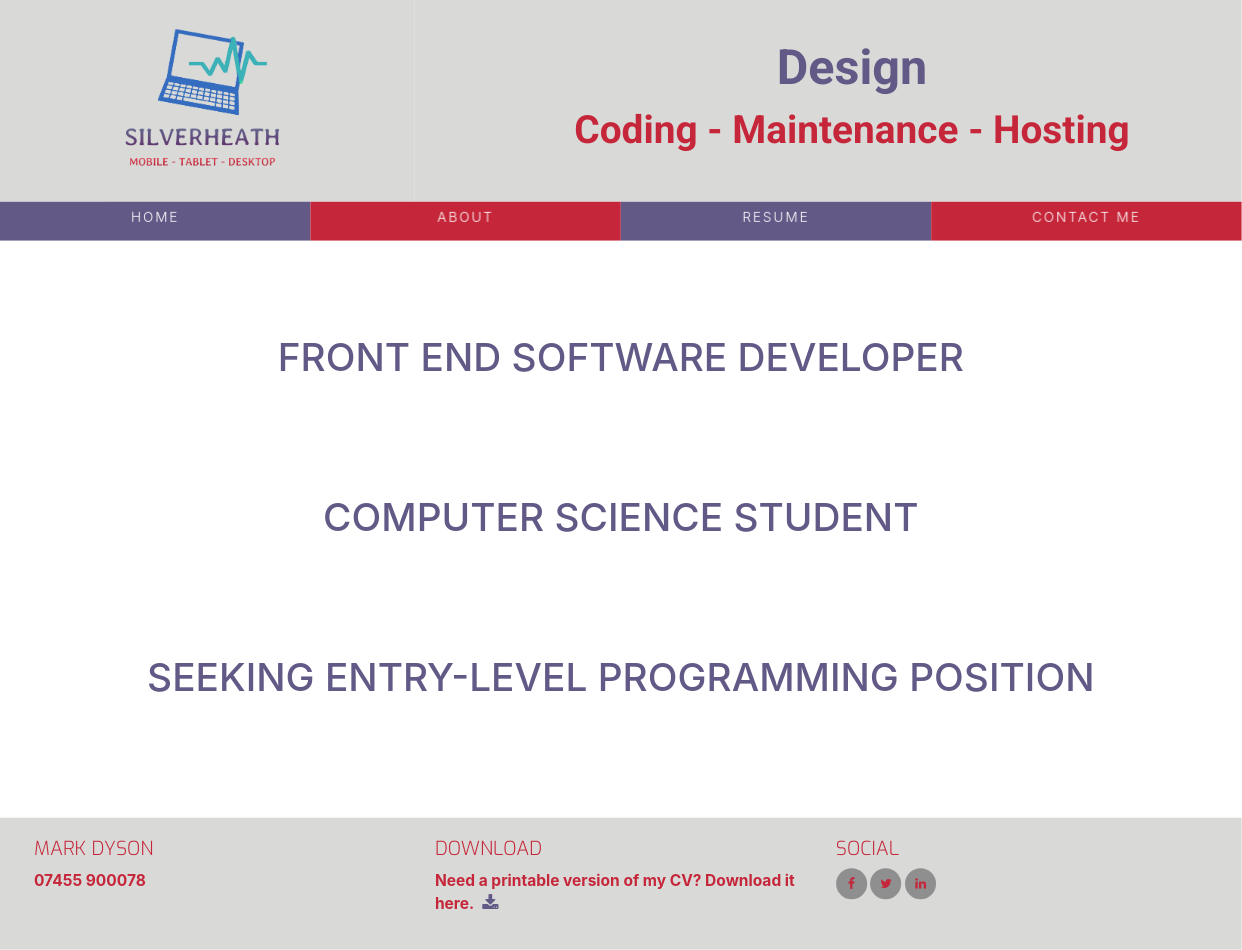
Repository: Code-Institute-Submissions/silverheath
Page: index.html
The author's editor kept a record of every edit. The page is drawn from the files as they stood at one moment, then again after the next edit.
The browser window is 1280 px wide. The pictures show the whole page, at 97% of full size.
Some web libraries are served in a nearby version.

Above is the page before.

After the next edit:
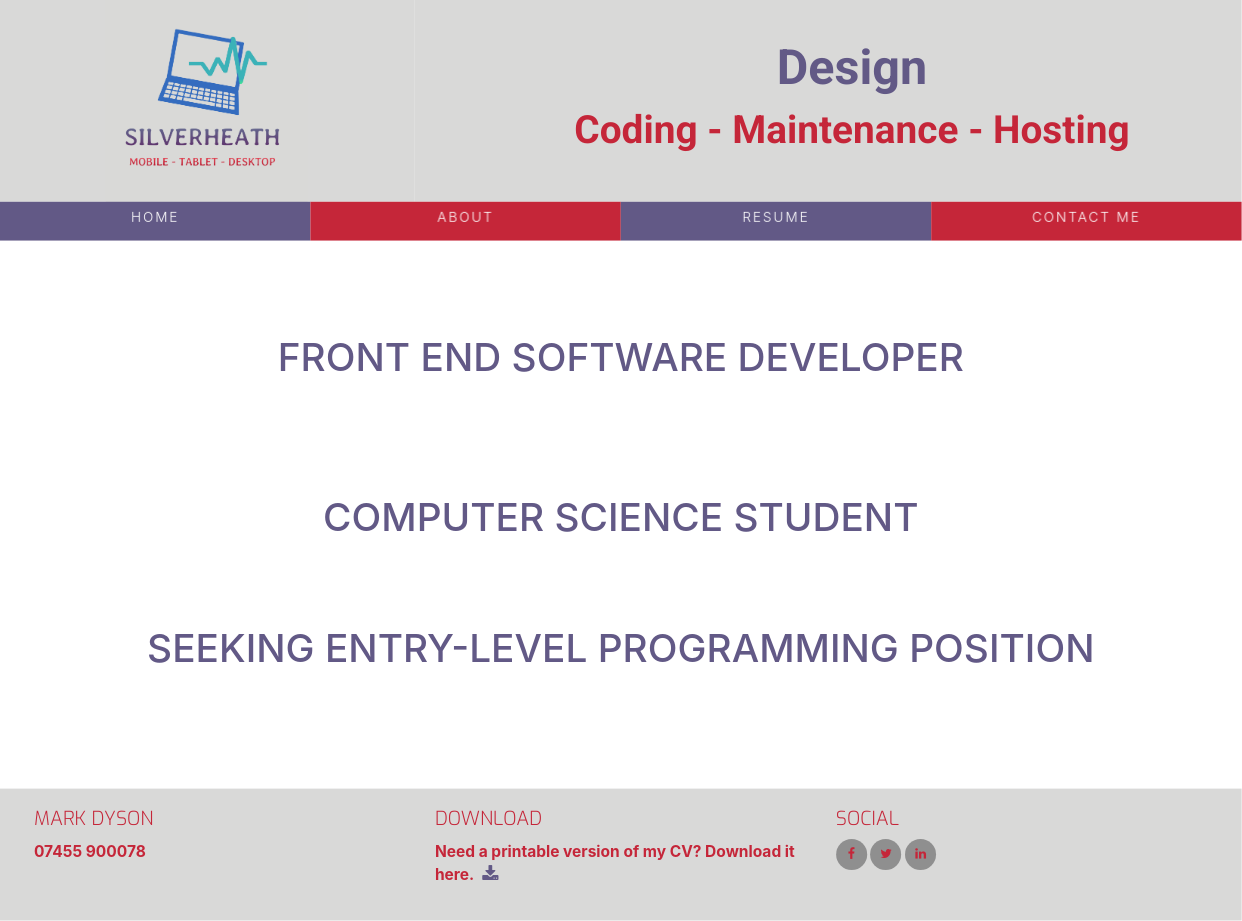
The edit:
--- a/assets/css/style.css
+++ b/assets/css/style.css
@@ -221,8 +221,8 @@
 
 .middleline {
     padding-top: 30px;
-    padding-bottom: 30px;
-    margin-bottom: 25px;
+    padding-bottom: 10px;
+    margin-bottom: 15px;
     margin-left: 200;
     text-align: center;
     font-size: 40px;
